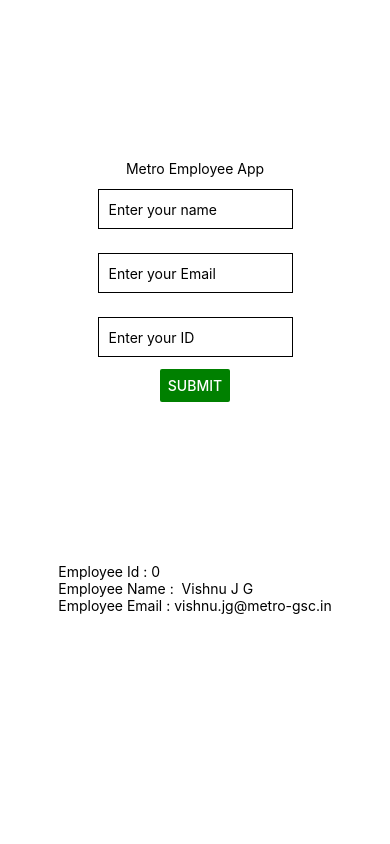
Repository: VishnuJG/Metro-Employee-App
Screen: /
These files come from the project's save history. The screen is drawn as it stood at one moment and after the next save; the edit follows.
The app was drawn by React Native's web renderer in a window 390 px wide. The project was rebuilt for these pictures with package versions that can differ from the ones it lists, and the page was loaded fresh each time.

Above is the screen before, as saved 2022-06-28 14:27:46.

After the next save:
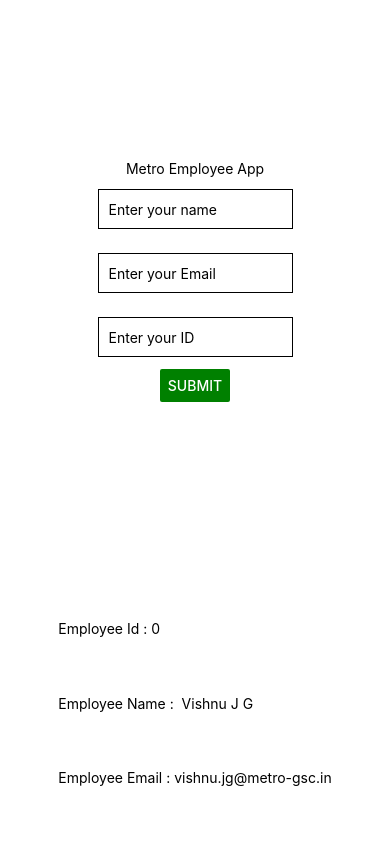
Saved 9 s later.
--- a/components/Task.js
+++ b/components/Task.js
@@ -23,6 +23,6 @@
     width:'100%',
     flex:1,
     flexDirection:'column',
-    justifyContent: '',
+    justifyContent: 'space-evenly',
   }
 });

After the save that followed:
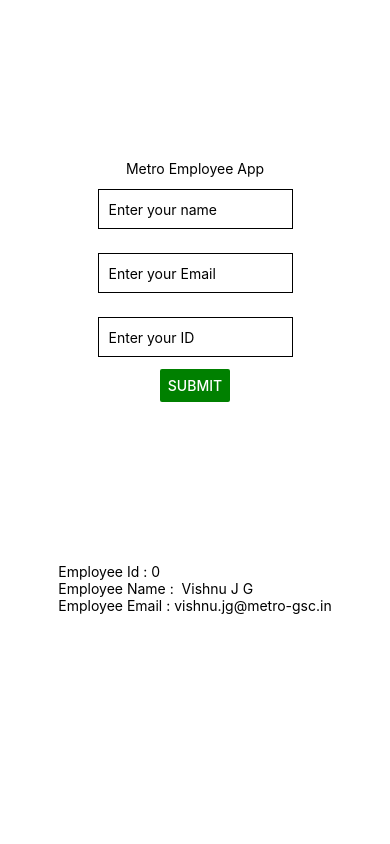
Saved 6 s later.
--- a/components/Task.js
+++ b/components/Task.js
@@ -23,6 +23,6 @@
     width:'100%',
     flex:1,
     flexDirection:'column',
-    justifyContent: 'space-evenly',
+    justifyContent: 'space-',
   }
 });
